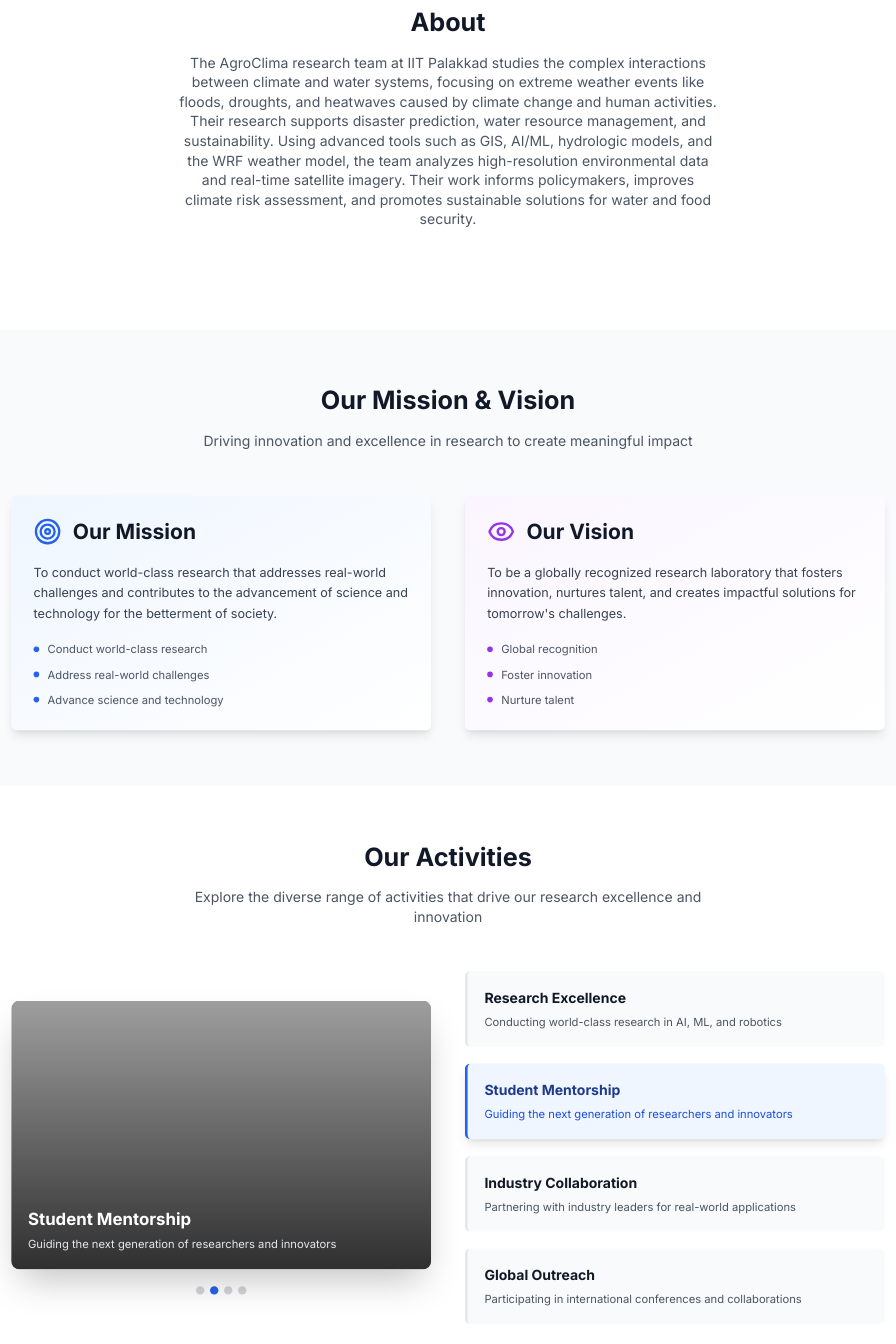
Repository: Gopikrish-30/iit-palakkad-arise
Page: /
These files come from the project's save history. The page is drawn as it stood at one moment and after the next save; the edit follows.
The browser window is 1280 px wide. The pictures show the part of the page from y = 789 to 2709 px (the page is 5919 px tall), at 70% of full size.
Pictures or frames that could not be fetched are drawn as grey boxes. The project was rebuilt for these pictures with package versions that can differ from the ones it lists, and the page was loaded fresh each time. The framework's server and built-in components were replaced by stand-ins that run in the browser. Also part of the build but not shown: next.config.mjs.

Above is the page before, as saved 2025-06-21 16:02:10.

After the next save:
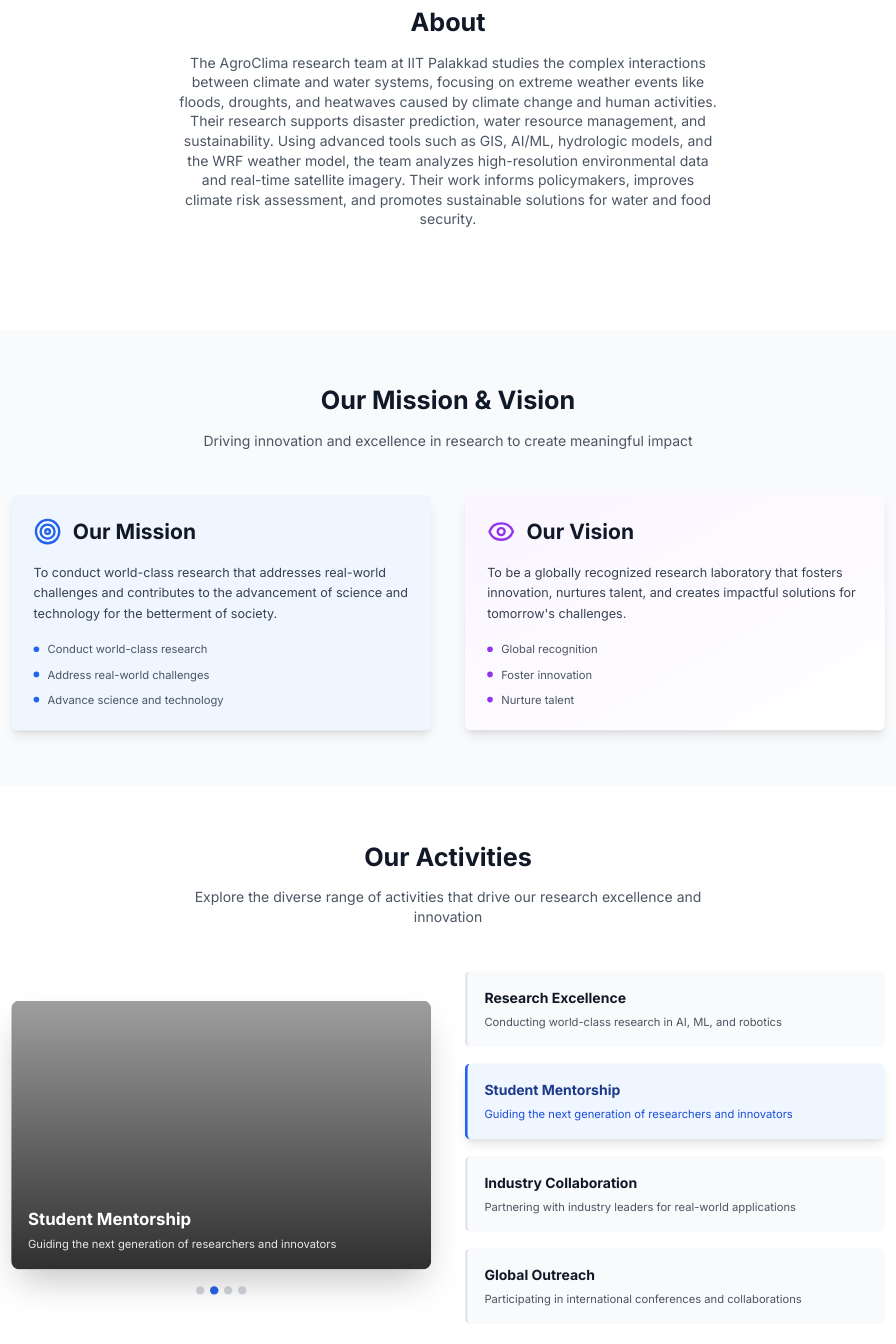
Saved 12 s later.
--- a/app/page.tsx
+++ b/app/page.tsx
@@ -229,7 +229,7 @@ Using advanced tools such as GIS, AI/ML, hydrologic models, and the WRF weather
               transition={{ duration: 0.8, delay: 0.1 }}
               whileHover={{ y: -5 }}
             >
-              <Card className="p-8 h-full border-0 shadow-lg bg-gradient-to-br from-blue-50 to-white">
+              <Card className="p-8 h-full border-0 shadow-lg bg-blue-50">
                 <CardContent className="p-0">
                   <div className="flex items-center mb-6">
                     <Target className="h-10 w-10 text-blue-600 mr-4" />
